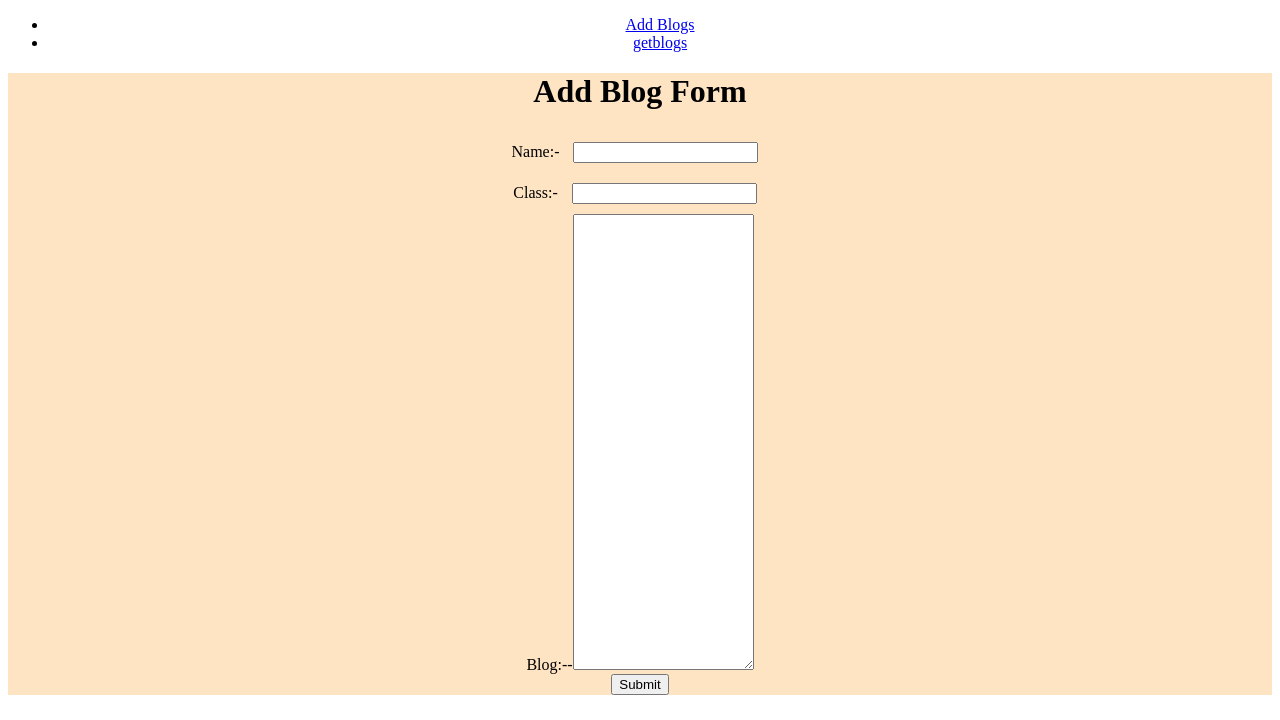
Repository: Sanskriti002/ExpressToDo
Page: public/index.html
An editor plug-in stored every save of this project. The page is shown before and after a run of saves, followed by the edit.
The browser window is 1280 px wide. The pictures show the whole page.

Above is the page before, as saved 2024-03-13 11:58:46.

After the next 3 saves:
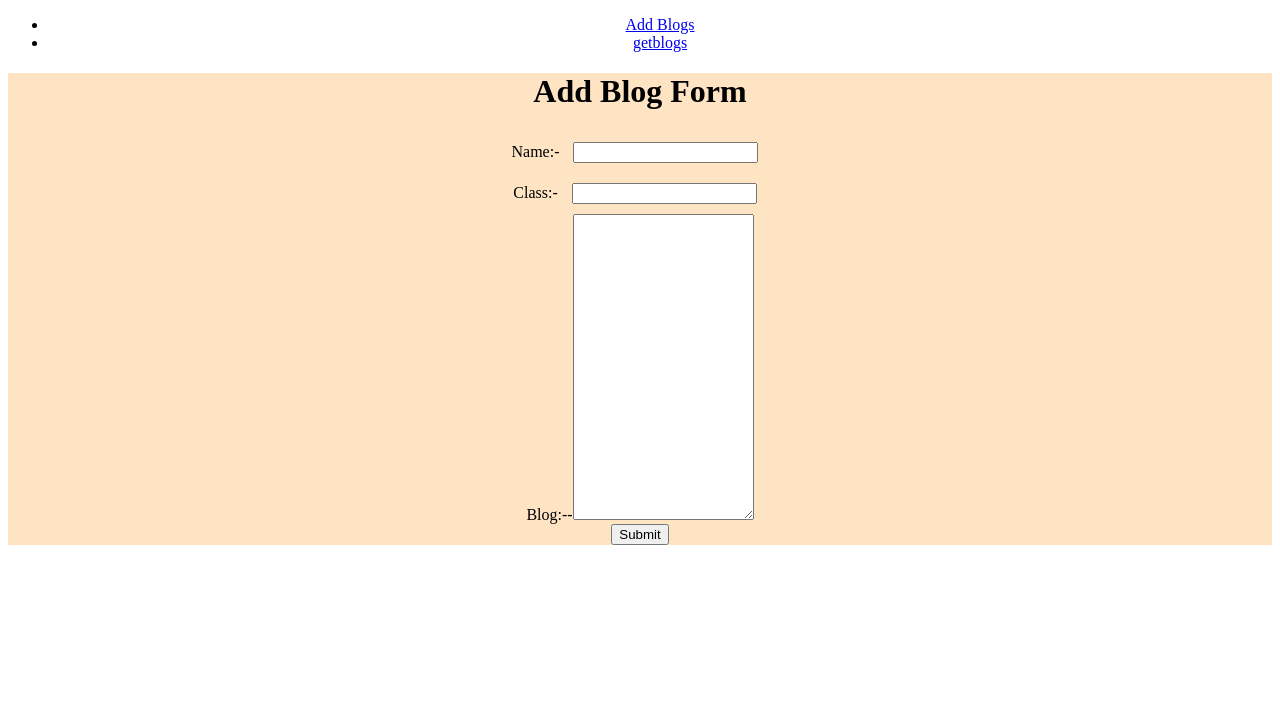
The 3 saves are shown as one change because they came seconds apart.
The last was saved 22 s later.
--- a/public/index.html
+++ b/public/index.html
@@ -27,7 +27,7 @@
         <label for="Class">Class:-</label>
         <input type="text" name="Class" id="Class"><br>
 
-        Blog:--<textarea name="blog" id="blog" cols="20" rows="30"></textarea><br>
+        Blog:--<textarea name="blog" id="blog" cols="20" rows="20"></textarea><br>
 
         <button>Submit</button>
 
